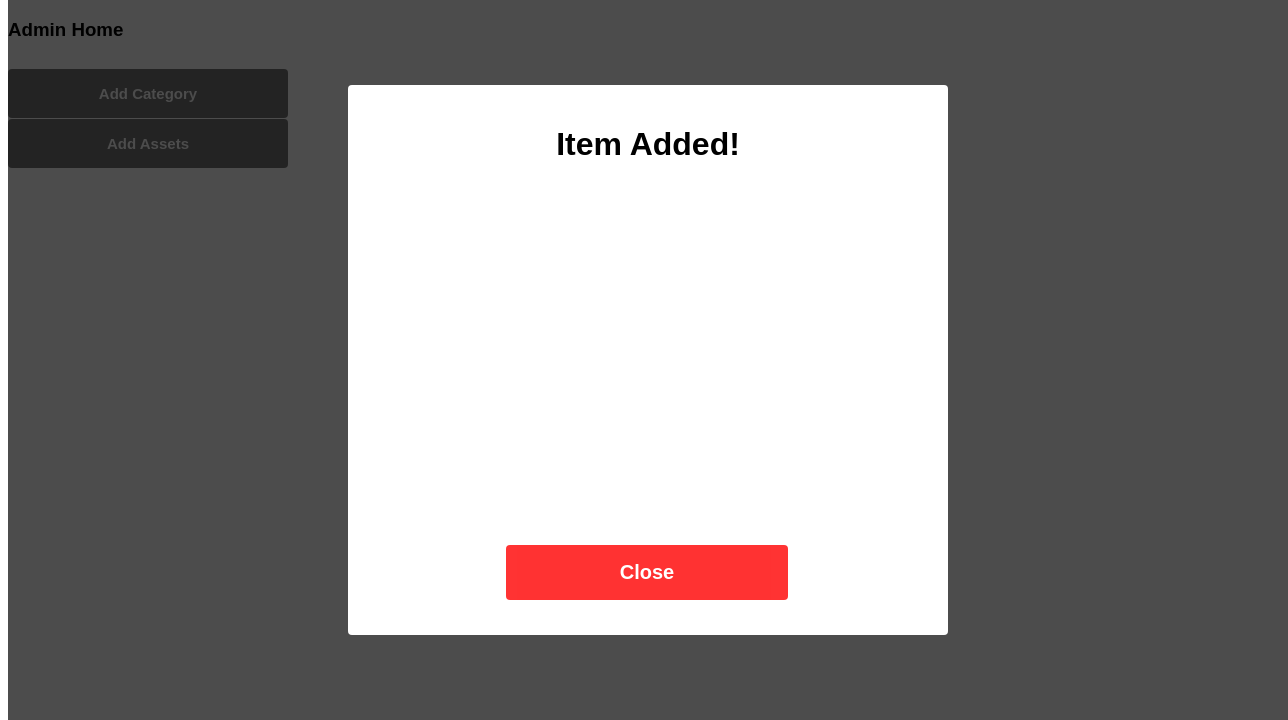
Repository: DhruvKaushal/CodeFury_404Found
Page: http://localhost/e-assets/assetadded.jsp
An editor plug-in stored every save of this project. The page is shown before and after the next save, followed by the edit.
The browser window is 1280 px wide. The page is 1288 px wide, so the pictures cover 1288 px, including what lies to the right of the window. The pictures show the whole page.
The page is served by Tomcat 9. Other server files are loaded and not shown.

Above is the page before, as saved 2020-10-05 10:47:10.

### Aditya's New/E-Assets-Management/e-assets/WebContent/assetadded.jsp
<%@ page language="java" contentType="text/html; charset=ISO-8859-1"
    pageEncoding="ISO-8859-1"%>
<!DOCTYPE html>
<html>
<head>
<meta charset="ISO-8859-1">
<link rel="stylesheet" href="addassets.css">
<title>Insert title here</title>
</head>
<body>

	  <h3>Admin Home</h3>

  	<button class="open-type-button">Add Category</button>
 	<button class="open-assets-button">Add Assets</button>

    <div class="bg-modal2" id="myForm2">
        	<div class="modal-content">


            <h1>Item Added!</h1>



             <button class="close-button" action="adminhome.jsp" class="btn"><b>Close</b></button>


        </div>
    </div>






	<script>

	function closeForm1() {
  	document.getElementById("myForm1").style.display = "none";
	}

	function openForm2() {
  		document.getElementById("myForm2").style.display = "flex";
	}

	function closeForm2() {
  	document.getElementById("myForm2").style.display = "none";
	}
	</script>

</body>
</html>

### Aditya's New/E-Assets-Management/e-assets/WebContent/addassets.css
body {font-family: Arial, Helvetica, sans-serif;}
* {box-sizing: border-box;}


.open-assets-button {
  background-color: #555;
  color: white;
  padding: 16px 20px;
  border-radius: 4px;
  border: none;
  cursor: pointer;
  opacity: 0.8;
  position: fixed;
  width: 280px;
  margin-top: 60px;
  font-weight: bold;
  font-size: 15px;
  display: inline-block;
}

.open-type-button {
  background-color: #555;
  color: white;
  padding: 16px 20px;
  border-radius: 4px;
  border: none;
  cursor: pointer;
  opacity: 0.8;
  position: fixed;
  width: 280px;
  margin-top: 10px;
  font-weight: bold;
  font-size: 15px;
  display: inline-block;
}

.close-button {
  background-color: red;
  color: white;
  padding: 16px 20px;
  border-radius: 4px;
  border: none;
  cursor: pointer;
  opacity: 0.8;
  width: 47%;
  position: absolute;
  bottom: 35px;
  font-size: 20px;
  margin-left: 23%;
  font-weight: bold;

  display:block;
}

.bg-modal {
	width: 100%;
	height: 100%;
	background-color: rgba(0,0,0,0.7);
	position: absolute;;
	top: 0;
	display: flex;
	justify-content: center;
	align-items: center;
	display: none;

}

.bg-modal2 {
	width: 100%;
	height: 100%;
	background-color: rgba(0,0,0,0.7);
	position: absolute;;
	top: 0;
	display: flex;
	text-align: center;
	justify-content: center;
	align-items: center;


}

.modal-content {
	width: 600px;
	height: 550px;
	background-color: white;
	border-radius: 4px;
	padding: 20px;
	position: relative;
}



input{
  width: 100%;
  padding: 15px;
  margin: 5px 0 22px 0;
  border: none;
  background: #f1f1f1;
}


.btn {
  background-color: #1686d9;
  color: white;
  border-radius: 4px;
  padding: 16px 20px;
  border: none;
  cursor: pointer;
  width: 50%;
  margin-top: 20px;
  margin: auto;
  opacity: 0.8;
  font-size: 20px;

  display:block;

}


.btn:hover, .open-assets-button:hover, .open-type-button:hover {
  opacity: 1;
}

.close {
	position: absolute;
	top: 0;
	right: 10px;
	font-size: 38px;
	color: #333;
	transform: rotate(45deg);
	cursor: pointer;
}

.close:hover {
		color: #666;
	}

After the next save:
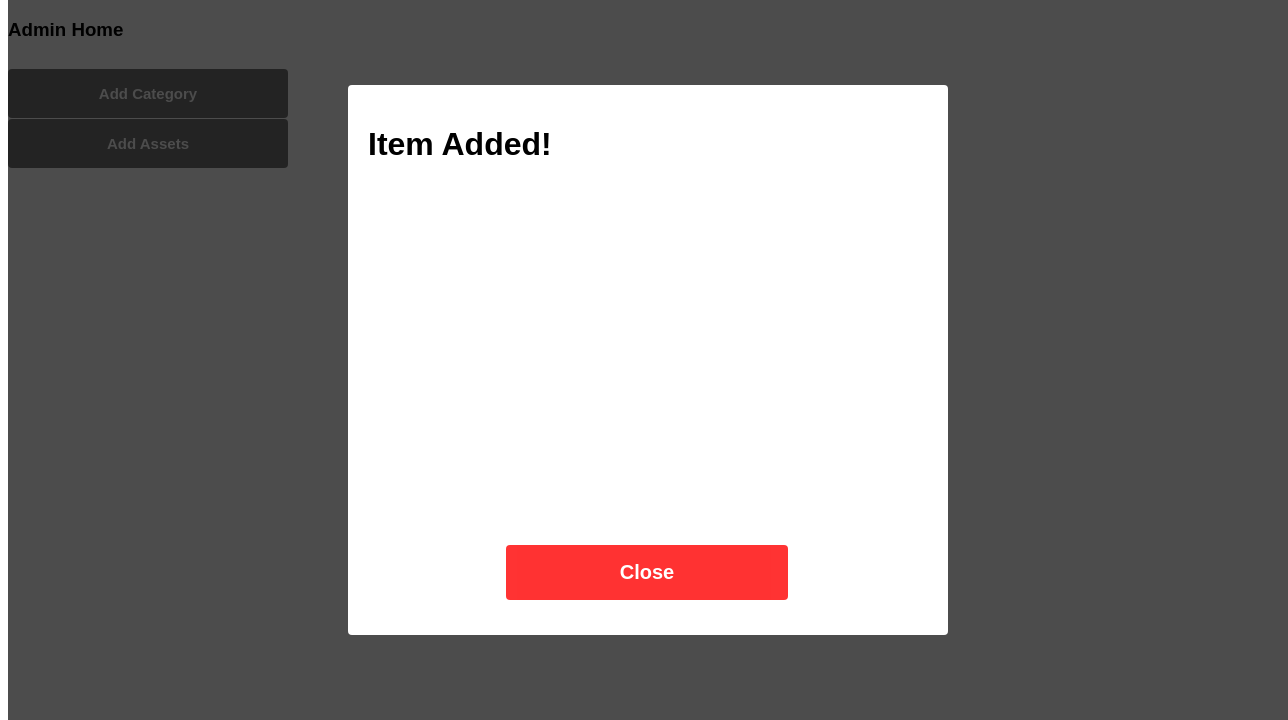
Saved 28 s later.
--- a/Aditya's New/E-Assets-Management/e-assets/WebContent/addassets.css
+++ b/Aditya's New/E-Assets-Management/e-assets/WebContent/addassets.css
@@ -72,7 +72,7 @@ body {font-family: Arial, Helvetica, sans-serif;}
 	position: absolute;;
 	top: 0;
 	display: flex;
-	text-align: center;
+
 	justify-content: center;
 	align-items: center;
 

After the save that followed:
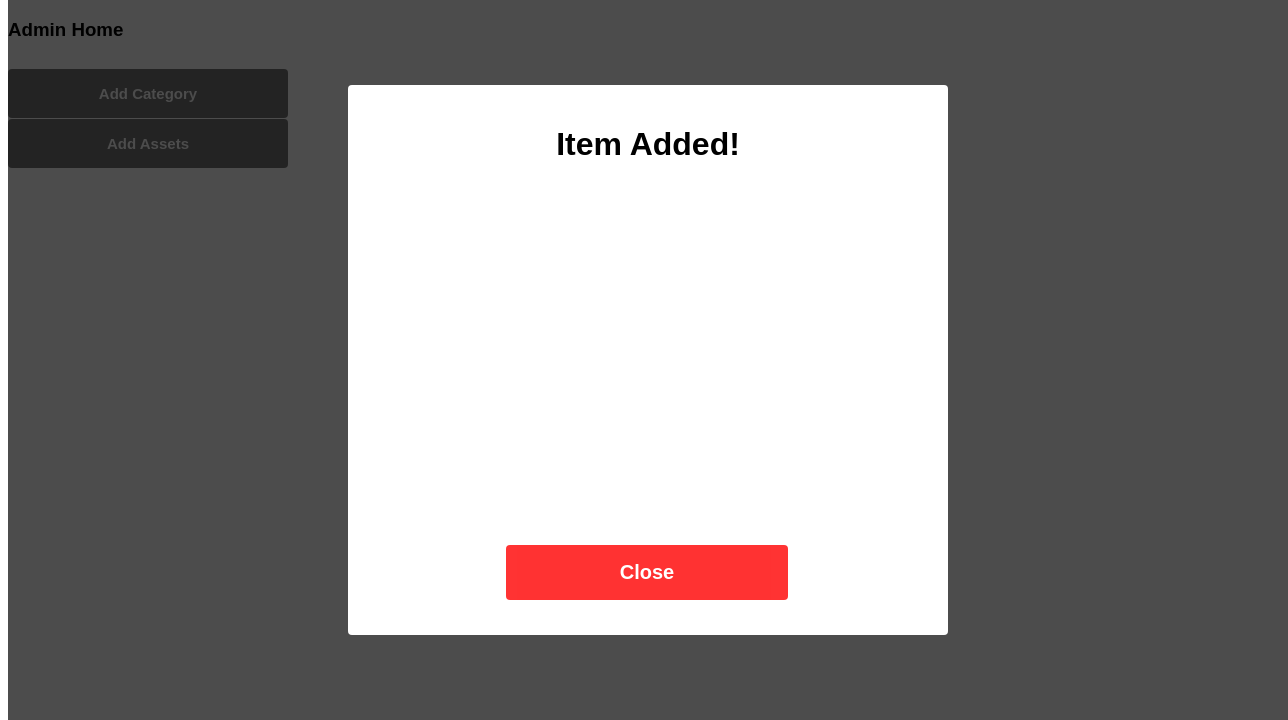
Saved 49 s later.
--- a/Aditya's New/E-Assets-Management/e-assets/WebContent/addassets.css
+++ b/Aditya's New/E-Assets-Management/e-assets/WebContent/addassets.css
@@ -1,7 +1,9 @@
 body {font-family: Arial, Helvetica, sans-serif;}
 * {box-sizing: border-box;}
 
-
+h1 {
+    text-align:center;
+}
 .open-assets-button {
   background-color: #555;
   color: white;
